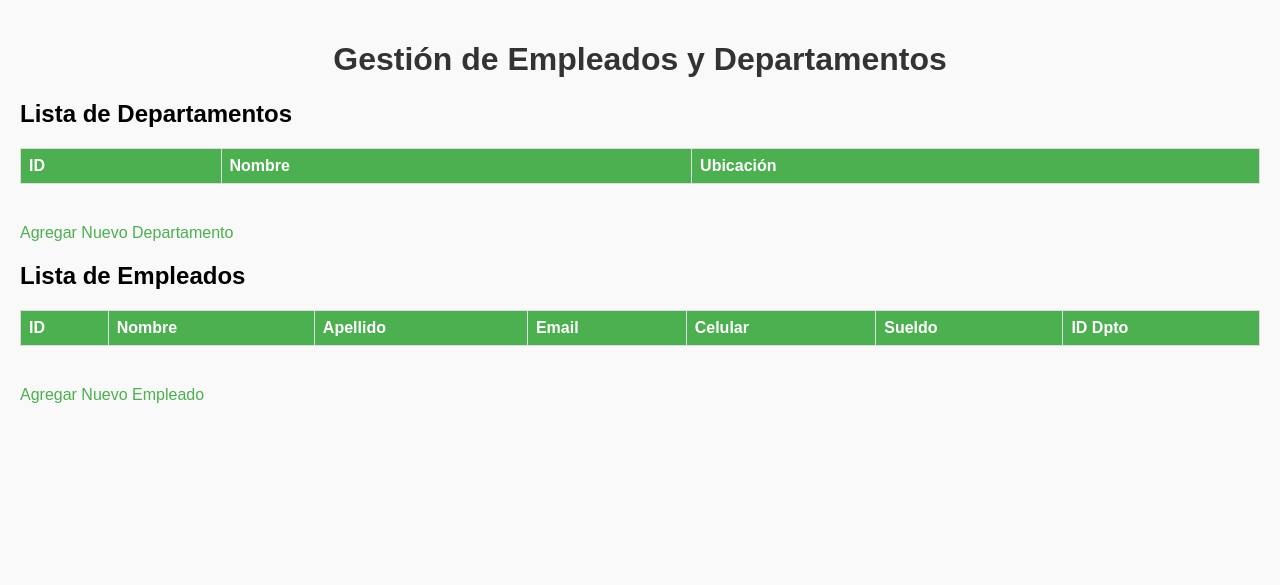
Repository: Jhamp14/proyecto_lenguaje
Page: http://localhost/index
The author's editor kept a copy of each file at every save. The page is drawn from the files as they stood at one save, then again after the next save.
The browser window is 1280 px wide. The pictures show the whole page.
The page is this project's Thymeleaf template; nobody is signed in. The template is opened directly, without the code that normally fills it, so the values that code supplies are empty.

Above is the page before, as saved 2024-10-20 19:20:03.

After the next save:
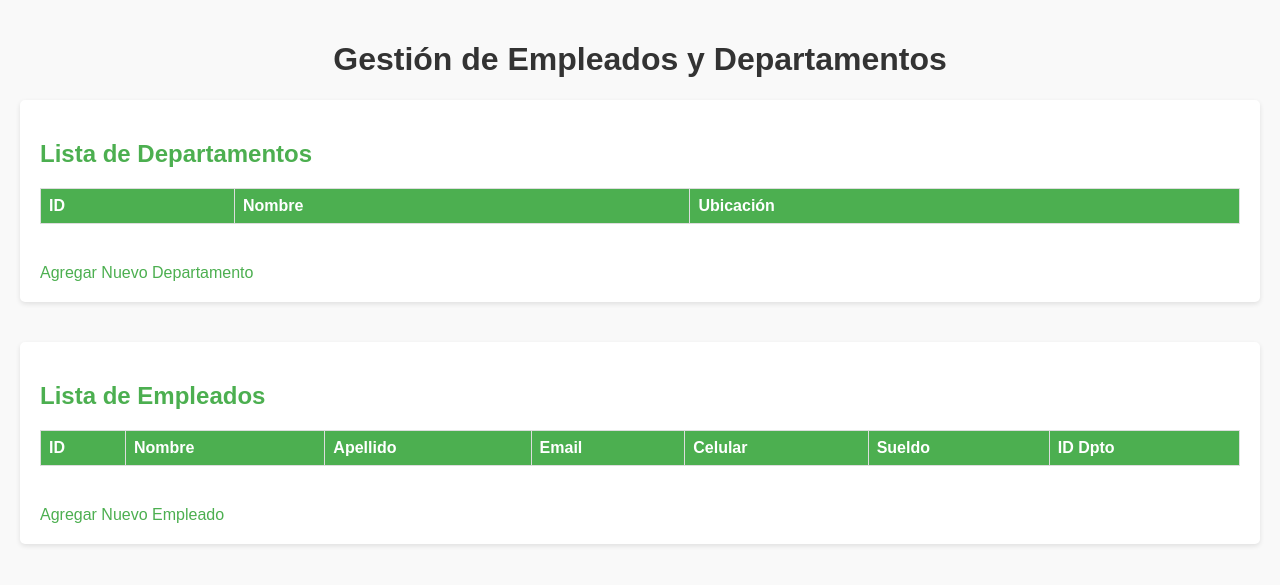
Saved 102 s later.
--- a/demo/src/main/resources/static/css/styles.css
+++ b/demo/src/main/resources/static/css/styles.css
@@ -9,6 +9,19 @@ body {
 h1 {
     color: #333;
     text-align: center;
+}
+
+.section {
+    margin-bottom: 40px;
+    padding: 20px;
+    background-color: #fff;
+    border-radius: 5px;
+    box-shadow: 0 2px 5px rgba(0, 0, 0, 0.1);
+}
+
+h2 {
+    color: #4CAF50;
+    margin-bottom: 10px;
 }
 
 table {
@@ -43,60 +56,15 @@ a:hover {
     text-decoration: underline;
 }
 
-form {
-    background-color: #fff;
-    padding: 20px;
-    border-radius: 5px;
-    box-shadow: 0 2px 5px rgba(0, 0, 0, 0.1);
-    max-width: 400px;
-    margin: 0 auto;
-}
-
-label {
-    display: block;
-    margin-bottom: 8px;
-    font-weight: bold;
-}
-
-input, select, button {
-    width: 100%;
-    padding: 10px;
-    margin-bottom: 15px;
-    border: 1px solid #ccc;
-    border-radius: 4px;
-}
-
 button {
+    padding: 10px 15px;
     background-color: #4CAF50;
     color: white;
     border: none;
+    border-radius: 4px;
     cursor: pointer;
 }
 
 button:hover {
     background-color: #45a049;
 }
-
-nav {
-    margin: 20px 0;
-    text-align: center;
-}
-
-nav ul {
-    list-style-type: none;
-    padding: 0;
-}
-
-nav ul li {
-    display: inline;
-    margin: 0 15px;
-}
-
-nav ul li a {
-    text-decoration: none;
-    color: #4CAF50;
-}
-
-nav ul li a:hover {
-    text-decoration: underline;
-}
